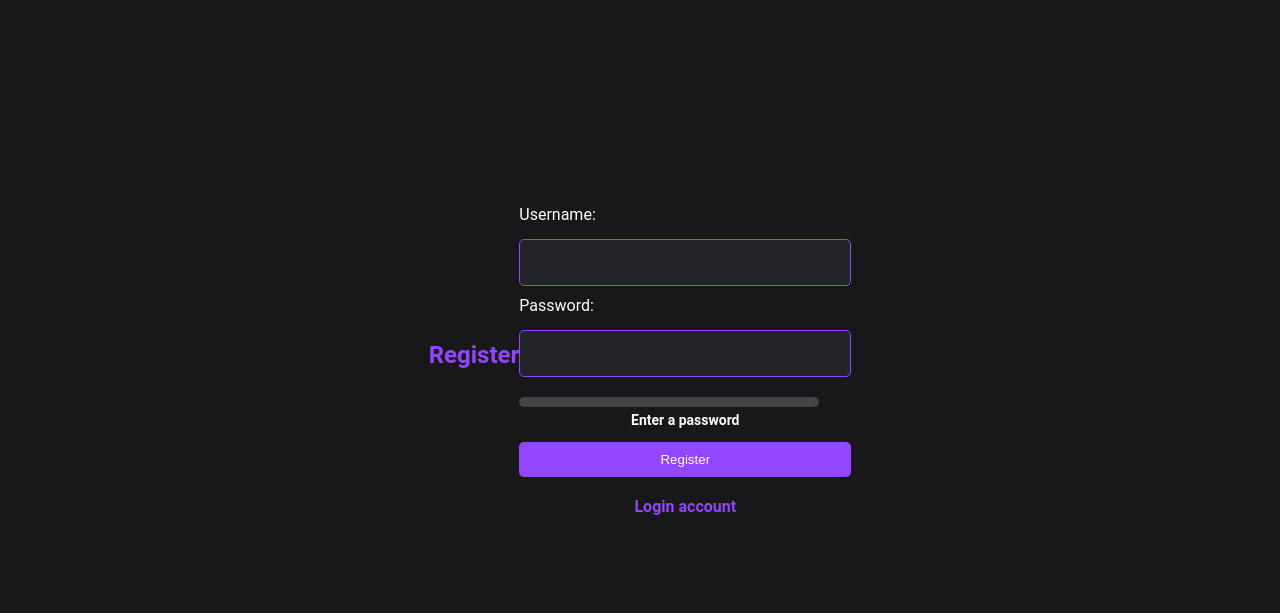
Repository: wolvicjohn/argon2
Page: http://localhost/register.php
An editor plug-in stored every save of this project. The page is shown before and after the next save, followed by the edit.
The browser window is 1280 px wide. The pictures show the whole page.
The page is run by PHP 8.4 with error messages shown; the project is at /var/www/html/.

Above is the page before, as saved 2024-10-18 02:16:45.

### register.php
<?php
// Include the database connection
require 'db.php';

if ($_SERVER['REQUEST_METHOD'] === 'POST') {
    $username = $_POST['username'];
    $password = $_POST['password'];

    // Check if username exists
    $stmt = $pdo->prepare('SELECT id FROM users WHERE username = ?');
    $stmt->execute([$username]);
    if ($stmt->fetch()) {
        die('Username already taken');
    }

    // Hash password with Argon2
    $passwordHash = password_hash($password, PASSWORD_ARGON2ID);

    // Insert user into database
    $stmt = $pdo->prepare('INSERT INTO users (username, password_hash) VALUES (?, ?)');
    $stmt->execute([$username, $passwordHash]);

    echo "User registered successfully!";
}
?>
<!DOCTYPE html>
<html lang="en">

<head>
    <meta charset="UTF-8">
    <title>Register</title>
    <link rel="stylesheet" href="styles.css"> <!-- Link to external CSS -->
</head>

<body>
    <h2>Register</h2>
    <form action="register.php" method="POST">
        <label for="username">Username:</label>
        <input type="text" name="username" id="username" required>

        <label for="password">Password:</label>
        <input type="password" name="password" id="password" required>

        <div class="password-strength">
            <div class="strength-bar" id="strength-bar"></div>
        </div>
        <p class="message" id="strength-text">Enter a password</p>

        <button type="submit">Register</button>
        <a href="login.php">Login account</a>
    </form>

    <script src="script.js"></script> <!-- Link to external JS -->
</body>

</html>

### db.php
<?php
// db.php
$host = 'localhost';
$db = 'argon2_auth';
$user = 'root'; // Your database username
$pass = '';     // Your database password

$dsn = "mysql:host=$host;dbname=$db;charset=utf8mb4";
$options = [
    PDO::ATTR_ERRMODE => PDO::ERRMODE_EXCEPTION,
    PDO::ATTR_DEFAULT_FETCH_MODE => PDO::FETCH_ASSOC,
];

try {
    $pdo = new PDO($dsn, $user, $pass, $options);
} catch (PDOException $e) {
    die("Database connection failed: " . $e->getMessage());
}
?>

### styles.css
/* styles.css */
body {
    font-family: 'Roboto', sans-serif; /* Modern font */
    margin: 0;
    padding: 0;
    height: 100vh; /* Full height for vertical centering */
    display: flex;
    justify-content: center; /* Center horizontally */
    align-items: center; /* Center vertically */
    background-color: #18181b; /* Dark background */
    color: #ffffff; /* White text color */
}

.container {
    text-align: center; /* Center text inside container */
    padding: 20px;
    background-color: #23232a; /* Dark card background */
    border-radius: 10px; /* Rounded corners */
    box-shadow: 0 4px 20px rgba(0, 0, 0, 0.5); /* Subtle shadow */
}

h2 {
    color: #9146ff; /* Twitch purple */
    margin-bottom: 30px;
}

label {
    display: block;
    margin-bottom: 5px;
}

input {
    margin: 10px 0;
    padding: 15px;
    width: 300px;
    border: 1px solid #9146ff; /* Twitch purple border */
    border-radius: 5px;
    background-color: #23232a; /* Dark input background */
    color: #ffffff; /* White text color */
}

input:focus {
    outline: none;
    border-color: #ff477e; /* Pink border on focus */
}

button {
    padding: 10px 20px;
    cursor: pointer;
    background-color: #9146ff; /* Twitch purple */
    color: white;
    border: none;
    border-radius: 5px;
    transition: background-color 0.3s ease;
    margin-top: 10px; /* Spacing above the button */
    display: block; /* Centering the button */
    width: 100%; /* Full width button */
}

button:hover {
    background-color: #7e3af2; /* Darker purple on hover */
}

.password-strength {
    margin-top: 10px;
    height: 10px;
    width: 300px;
    background-color: #444; /* Darker background for strength meter */
    border-radius: 5px;
    overflow: hidden;
}

.strength-bar {
    height: 100%;
    width: 0%;
    transition: width 0.3s ease-in-out;
}

.strength-weak {
    background-color: red;
}

.strength-medium {
    background-color: orange;
}

.strength-strong {
    background-color: #4CAF50; /* Green for strong */
}

.message {
    margin-top: 5px;
    font-size: 14px;
    font-weight: bold;
    text-align: center; /* Centered text */
}

a {
    display: block;
    text-align: center;
    margin-top: 20px;
    color: #9146ff; /* Twitch purple */
    text-decoration: none;
    font-weight: bold;
}

a:hover {
    color: #7e3af2; /* Darker purple on hover */
}

### script.js
// script.js
const passwordInput = document.getElementById('password');
const strengthBar = document.getElementById('strength-bar');
const strengthText = document.getElementById('strength-text');

passwordInput.addEventListener('input', () => {
    const password = passwordInput.value;
    const strength = calculateStrength(password);
    updateStrengthMeter(strength);
});

function calculateStrength(password) {
    let strength = 0;

    if (password.length >= 8) strength++;
    if (/[A-Z]/.test(password)) strength++;
    if (/[a-z]/.test(password)) strength++;
    if (/[0-9]/.test(password)) strength++;
    if (/[^A-Za-z0-9]/.test(password)) strength++;

    return strength;
}

function updateStrengthMeter(strength) {
    // Reset the strength bar
    strengthBar.className = 'strength-bar';
    strengthBar.style.width = `${strength * 20}%`;  // Dynamically set the width

    // Set the color and text based on strength
    if (strength <= 1) {
        strengthBar.classList.add('strength-weak');
        strengthText.textContent = 'Weak';
        strengthText.style.color = 'red';
    } else if (strength <= 3) {
        strengthBar.classList.add('strength-medium');
        strengthText.textContent = 'Medium';
        strengthText.style.color = 'orange';
    } else {
        strengthBar.classList.add('strength-strong');
        strengthText.textContent = 'Strong';
        strengthText.style.color = 'green';
    }
}

After the next save:
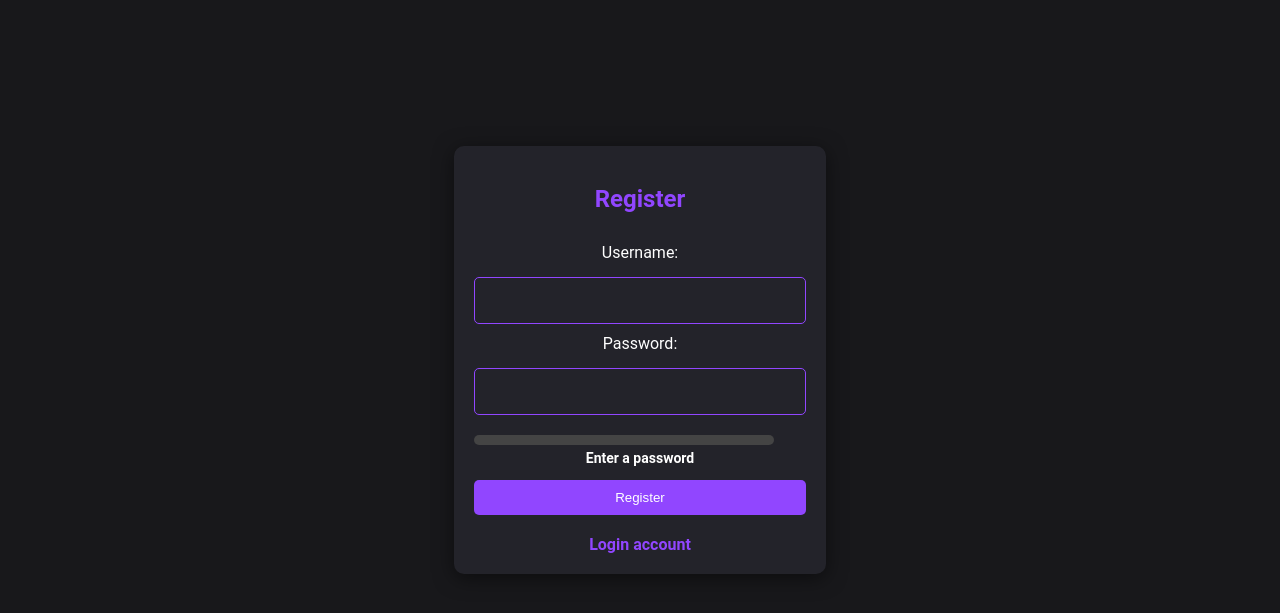
Saved 5 s later.
--- a/register.php
+++ b/register.php
@@ -33,22 +33,24 @@ if ($_SERVER['REQUEST_METHOD'] === 'POST') {
 </head>
 
 <body>
-    <h2>Register</h2>
-    <form action="register.php" method="POST">
-        <label for="username">Username:</label>
-        <input type="text" name="username" id="username" required>
+    <div class="container"> <!-- Container for centering -->
+        <h2>Register</h2>
+        <form action="register.php" method="POST">
+            <label for="username">Username:</label>
+            <input type="text" name="username" id="username" required>
 
-        <label for="password">Password:</label>
-        <input type="password" name="password" id="password" required>
+            <label for="password">Password:</label>
+            <input type="password" name="password" id="password" required>
 
-        <div class="password-strength">
-            <div class="strength-bar" id="strength-bar"></div>
-        </div>
-        <p class="message" id="strength-text">Enter a password</p>
+            <div class="password-strength">
+                <div class="strength-bar" id="strength-bar"></div>
+            </div>
+            <p class="message" id="strength-text">Enter a password</p>
 
-        <button type="submit">Register</button>
-        <a href="login.php">Login account</a>
-    </form>
+            <button type="submit">Register</button>
+            <a href="login.php">Login account</a>
+        </form>
+    </div>
 
     <script src="script.js"></script> <!-- Link to external JS -->
 </body>
